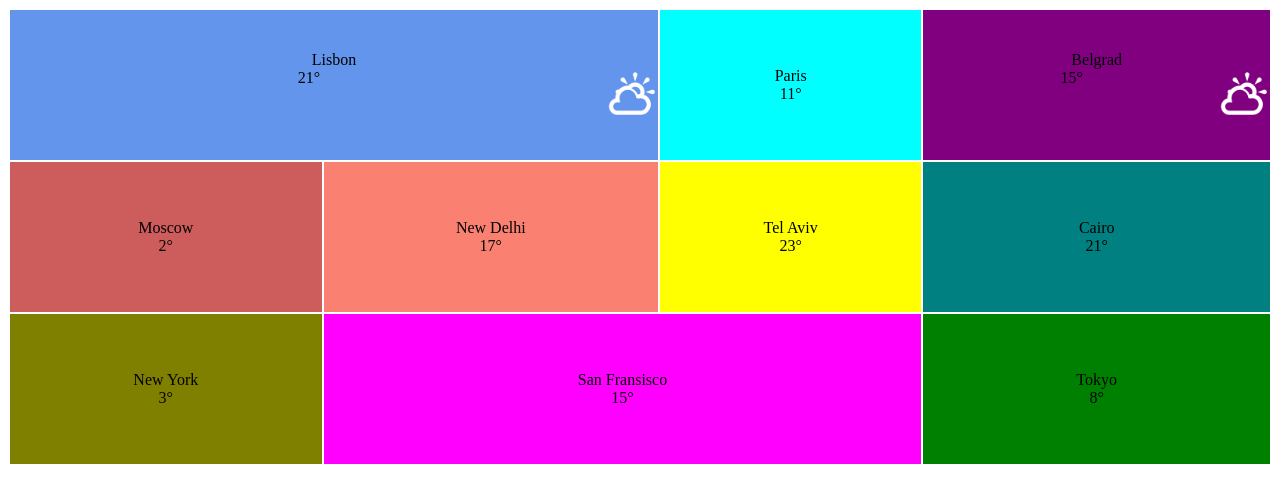
Repository: aysedo/html
Page: Week_2/index.html
These files come from the project's save history. The page is drawn as it stood at one moment and after the next save; the edit follows.
The browser window is 1280 px wide. The pictures show the whole page.

Above is the page before, as saved 2021-08-24 15:51:22.

After the next save:
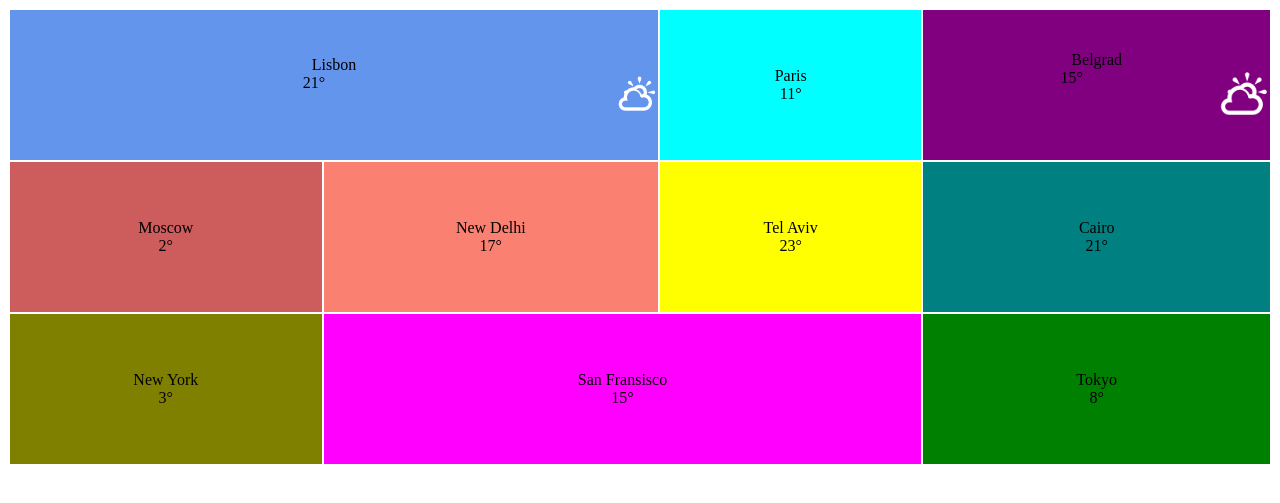
Saved 26 s later.
--- a/Week_2/index.html
+++ b/Week_2/index.html
@@ -12,7 +12,7 @@
         <td colspan="2" bgcolor="cornflowerblue" align="center">
           Lisbon <br/>
           21°
-          <img src="img.png" width="50" align="right" />
+          <img src="img.png" width="40" align="right" />
         </td>
         <td bgcolor="Aqua" align="center">
           Paris <br />

After the save that followed:
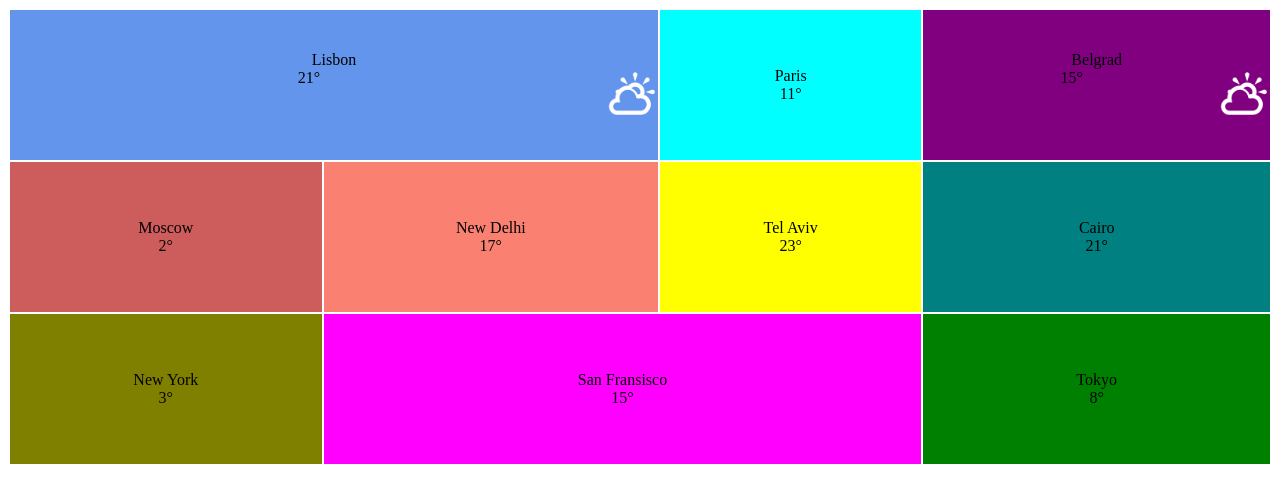
Saved 17 s later.
--- a/Week_2/index.html
+++ b/Week_2/index.html
@@ -12,7 +12,7 @@
         <td colspan="2" bgcolor="cornflowerblue" align="center">
           Lisbon <br/>
           21°
-          <img src="img.png" width="40" align="right" />
+          <img src="img.png" width="50" align="right" />
         </td>
         <td bgcolor="Aqua" align="center">
           Paris <br />
